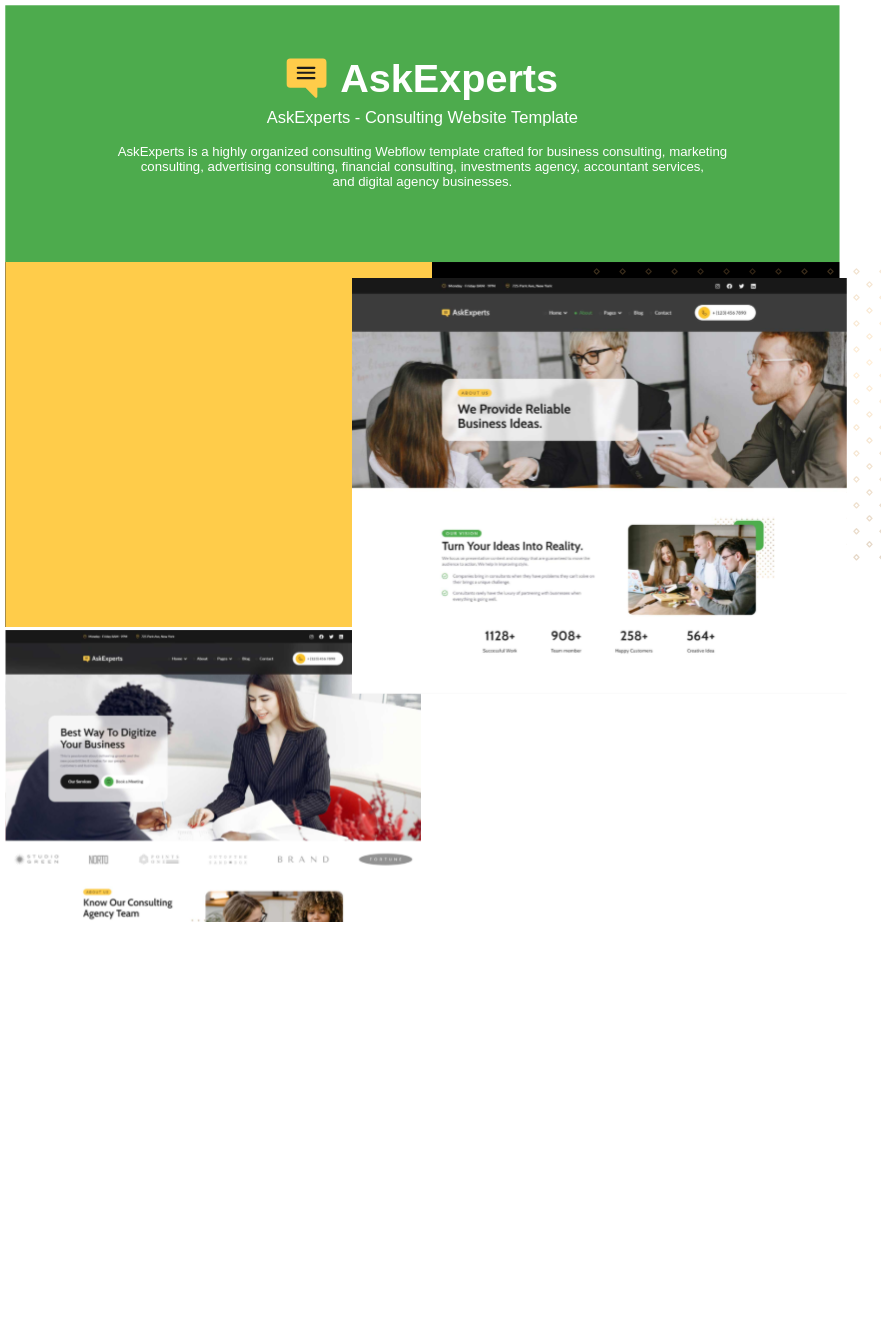
Repository: Richard-progex/webflow-tem
Page: index.html
The author's editor kept a copy of each file at every save. The page is drawn from the files as they stood at one save, then again after the next save.
The browser window is 1280 px wide. The page is 1335 px wide, so the pictures cover 1335 px, including what lies to the right of the window. The pictures show the whole page, at 66% of full size.

Above is the page before, as saved 2024-10-24 16:29:39.

### index.html
<!DOCTYPE html>
<html lang="en">
<head>
    <meta charset="UTF-8">
    <meta name="viewport" content="width=device-width, initial-scale=1.0">
    <title>Document</title>
    <link rel="stylesheet" href="index.css">
</head>
<body>

    <header>
        <article class="one">
            <img src="images/Logo.svg" alt="">
            <h1>AskExperts</h1>
        </article>

        <article class="two">
            <p class="con">AskExperts - Consulting Website Template</p>
            <p class="desc">AskExperts is a highly organized consulting Webflow template crafted for business consulting,
               marketing <br> consulting, advertising consulting, financial consulting,
                investments agency, accountant services, <br> and digital agency businesses.</p>
        </article>
    </header>


    <section class="herosec">
        <div class="imgback">
            <img class="rec" src="images/Rectangle 01.svg" alt="">
            <img class="patt" src="images/Pattern.svg" alt="">
        </div>

        <div class="imgfront">
            <img class="girlnoff" src="images/Rectangle (1).svg" alt="">
            <img class="boynoff" src="images/Rectangle.svg" alt="">
        </div>


    </section>







</body>
</html>

### index.css
header{
    background-color: rgba(77, 171, 77, 1);
    color: white;
    font-family: Arial, Helvetica, sans-serif;
    padding: 60px;
   max-width: 1230px;
}

header .one{
    display: flex;
    justify-content: center;
    gap: 20px;
}
header .one h1{
    font-size: 60px;
    font-weight: 600;
    line-height: 1px;
}

header .two{
    text-align: center;
    position: relative;
    top: -30px;
}
header .two .con{
    font-weight: 500;
    font-size: 25px;
}
header .two .desc{
    font-weight: lighter;
    font-size: 20px;
    text-align: center;
}
.herosec{
    background-color: black;
    height: 553px;
}
.herosec .imgback .patt{
    position: relative;
    top: -100px;
    left: 240px;
}

.herosec .imgfront .boynoff{
    width: 750px;
    /* height: 533px; */
    position: relative;
    top: -980px;
    left: 525px;
}

After the next save:
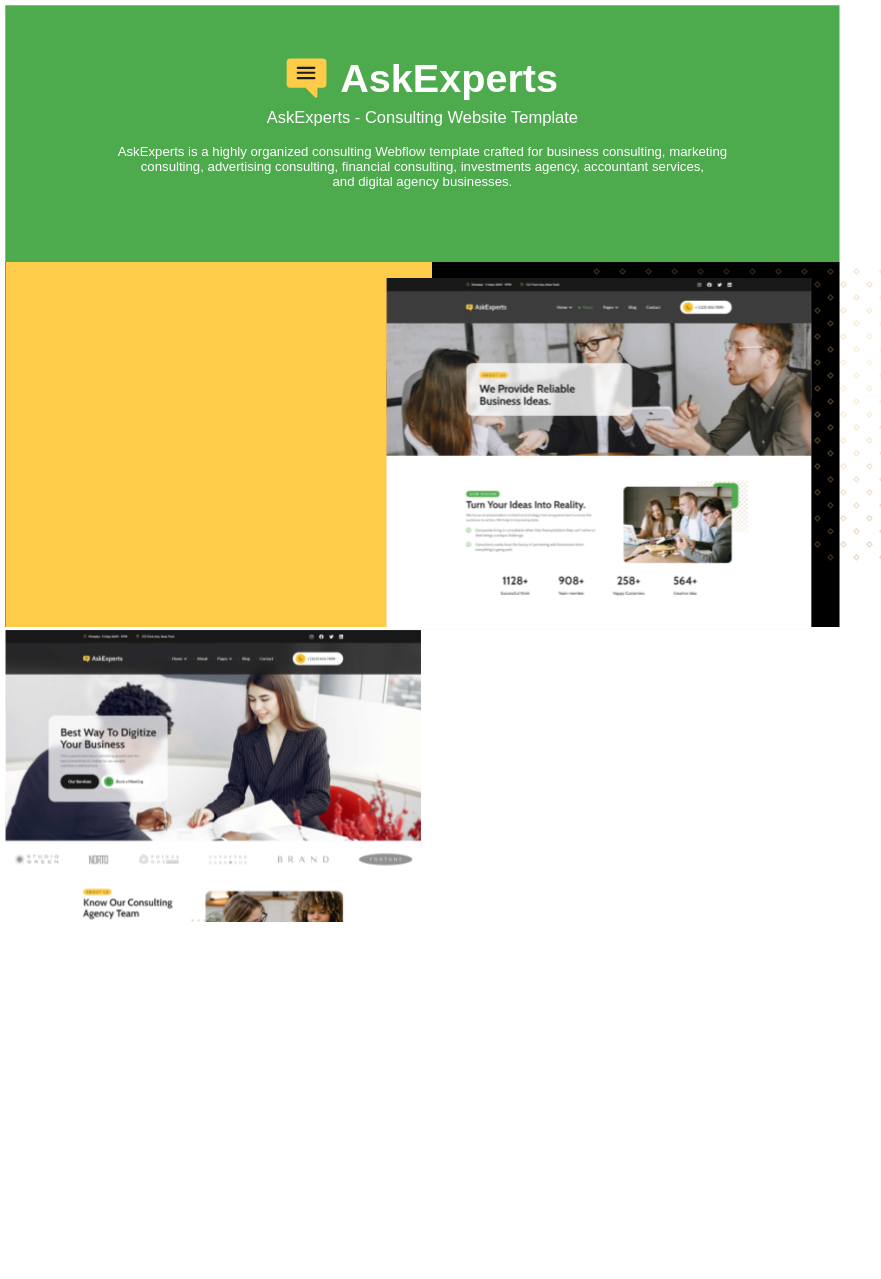
Saved 20 s later.
--- a/index.css
+++ b/index.css
@@ -43,7 +43,7 @@
 
 .herosec .imgfront .boynoff{
     width: 750px;
-    /* height: 533px; */
+    height: 533px;
     position: relative;
     top: -980px;
     left: 525px;

After the save that followed:
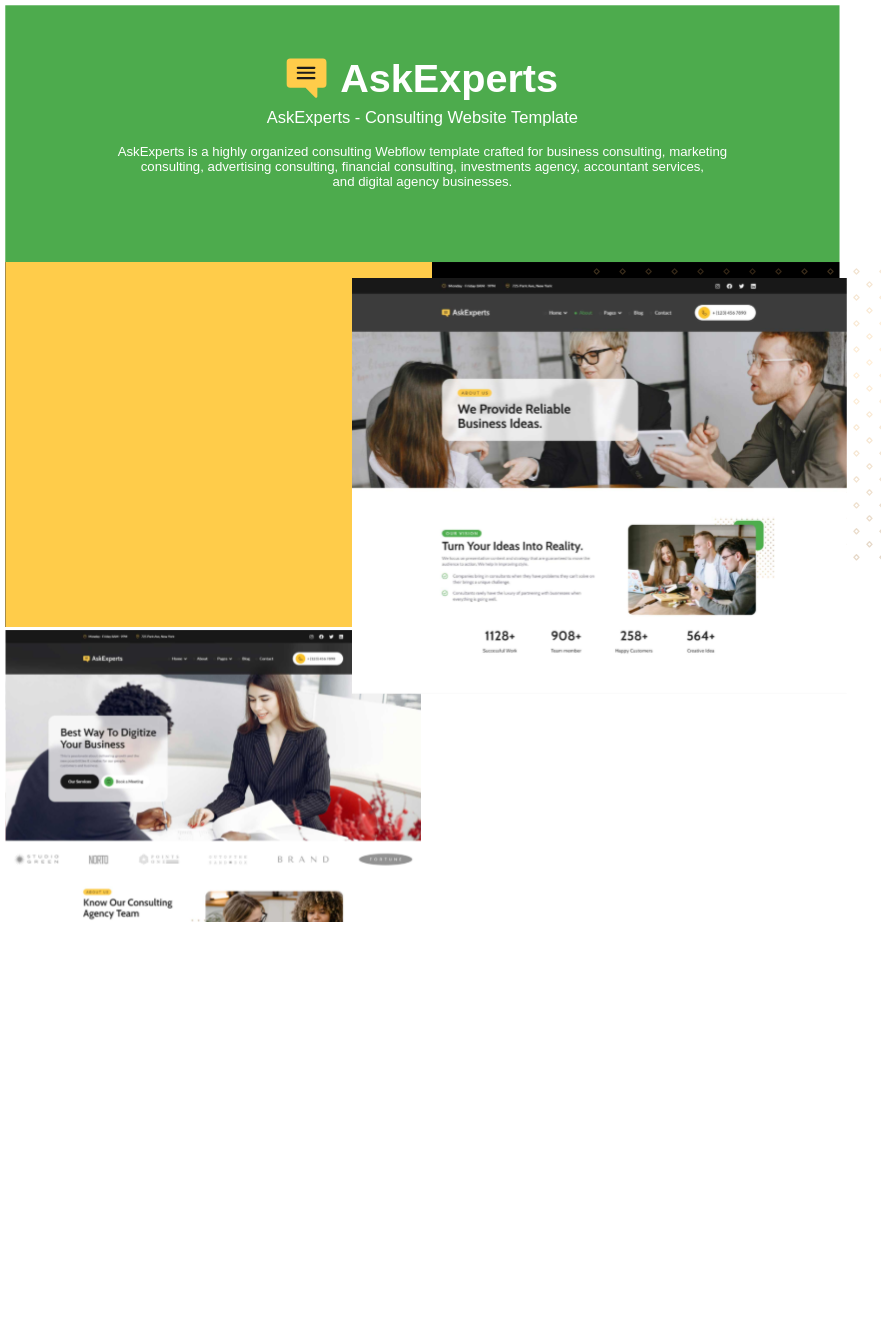
Saved 70 s later.
--- a/index.css
+++ b/index.css
@@ -43,7 +43,7 @@
 
 .herosec .imgfront .boynoff{
     width: 750px;
-    height: 533px;
+    /* height: 533px; */
     position: relative;
     top: -980px;
     left: 525px;
